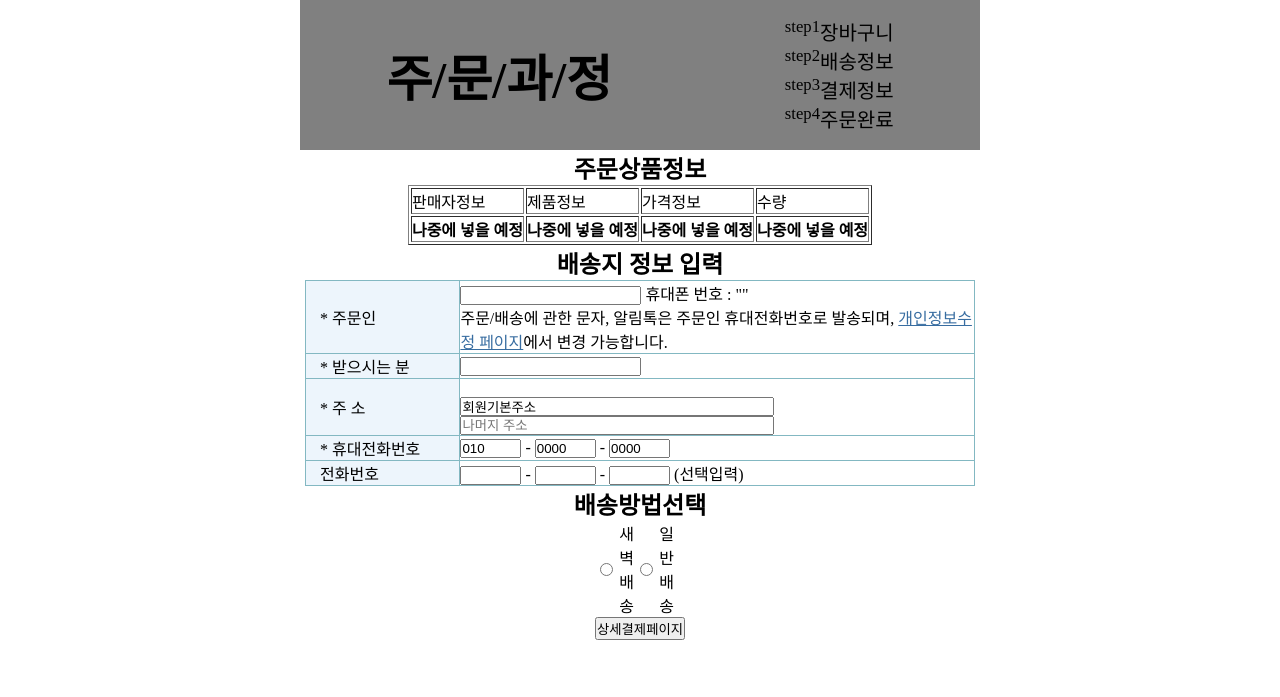
Repository: kym-1000/book
Page: http://localhost/book/WEB-INF/views/cart/ShippingInformation.jsp
These files come from the project's save history. The page is drawn as it stood at one moment and after the next save; the edit follows.
The browser window is 1280 px wide. The pictures show the whole page.
The page is served by Tomcat 9. Nobody is signed in. Other server files are loaded and not shown. The template is opened directly, without the code that normally fills it, so the values that code supplies are empty.

Above is the page before, as saved 2023-01-03 07:20:28.

### book/book/src/main/webapp/WEB-INF/views/cart/ShippingInformation.jsp
<%@ page language="java" contentType="text/html; charset=UTF-8"
    pageEncoding="UTF-8"%>
<%@ taglib uri="http://java.sun.com/jsp/jstl/core" prefix="c" %>

<!DOCTYPE html>
<html>
<head>
<meta charset="UTF-8">
<title>Insert title here</title>
<style type="text/css">


	*{
		margin: auto;
		padding: 0;
		}

	#productinfo{
		margin-left: 150px;
		margin-right: 150px;
		display : flex;
		align-items : center;
		}

	#DefaultAddr{
		margin-left: 150px;
		margin-right: 150px;
		display : flex;
		align-items : center;
		}

	#productprice{
		margin-left: 600px;
		margin-right: 600px;
		display : flex;
		align-items : center;
		border: 1 solid;
		text-align: center;
	}

	#btn{
		text-align: center;
		align-items : center;
		display : flex;
	}



</style>
</head>
<body>


<jsp:include page="../cart/cartheader.jsp"></jsp:include>

		<h2 style="text-align: center;">
			주문상품정보
		</h2>

	<div id="productinfo">
		<table border="1">
			<tr>
				<td>판매자정보</td>
				<td>제품정보</td>
				<td>가격정보</td>
				<td>수량</td>
			</tr>
			<tr>
				<th>나중에 넣을 예정</td>
				<th>나중에 넣을 예정</td>
				<th>나중에 넣을 예정</td>
				<th>나중에 넣을 예정</td>
			</tr>
		</table>
	</div>

	<h2 style="text-align: center;">배송지 정보 입력</h2>

	<form action="/cart/pay?mn=1" method="post">

		<div id="DefaultAddr">
			<table id="Table1" cellspacing="1" cellpadding="3" width="670" bgcolor="#83b8c2" border="0" align="center">
				<tbody>
				<tr>
					<td  bgcolor="#edf5fc" style="padding-left:14px; text-align: left; width: 23%"><span class="warning">* </span>주문인</td>
					<td bgcolor="#ffffff">
						<input type="text" name="OrdererName" class="form" value="${mvo.mem_id}" maxlength="20">

						 휴대폰 번호 : "${mvo.mem_cell_num}" <br>주문/배송에 관한 문자, 알림톡은 주문인 휴대전화번호로 발송되며,  <a style="color:#386da1" href="#" target="_blank">개인정보수정 페이지</a>에서 변경 가능합니다.

					</td>
				</tr>
				<tr>
					<td bgcolor="#edf5fc" style="padding-left:14px; text-align: left; width: 23%"><span class="warning">* </span>받으시는 분</td>
					<td bgcolor="#ffffff"><input class="form" type="text" maxlength="20" value="${mvo.mem_id}" name="ReceiverName">

					</td>
				</tr>

				<tr>
					<td bgcolor="#edf5fc" style="padding-left:14px; text-align: left; width: 23%"><span class="warning">*</span>
						주 소</td>
					<td bgcolor="#ffffff">

							<br>
							<input type="text" id="Address1" name="Address1" class="form" style="width:310px" maxlength="50" readonly="readonly" value="회원기본주소">
							<br>
							<input type="text" id="Address2" name="Address2" class="form" style="width:310px" maxlength="100" value="" placeholder="나머지 주소">

					</td>
				</tr>
				<tr>
					<td bgcolor="#edf5fc" style="padding-left:14px; text-align: left; width: 23%"><span class="warning">* </span>휴대전화번호</td>
					<td bgcolor="#ffffff">
					<input class="form" type="text" maxlength="4" size="5" name="Hp1" value="010"> -
					 <input class="form" type="text" maxlength="4" size="5" name="Hp2" value="0000"> -
					  <input class="form" type="text" maxlength="4" size="5" name="Hp3" value="0000">


					</td>
				</tr>
				<tr>
					<td bgcolor="#edf5fc" style="padding-left:14px; text-align: left; width: 23%">
						전화번호</td>
					<td bgcolor="#ffffff">
					<input class="form" type="text" maxlength="4" size="5" name="Tel1" value=""> -
					 <input class="form" type="text" maxlength="4" size="5" name="Tel2" value=""> -
					  <input class="form" type="text" maxlength="4" size="5" name="Tel3" value=""> (선택입력)</td>
				</tr>
				</tbody></table>
		</div>

		<h2 style="text-align: center;">배송방법선택</h2>

		<div id="productprice" style="text-align: center;">
				<input type='radio'
				       name='delivery'
				       value='2000'
				       onclick='getdeliveryPrice(event)'/>새벽배송
				<input type='radio'
				       name='delivery'
				       value='0'
				       onclick='getdeliveryPrice(event)'/>일반배송

				<div id='result'></div>

		</div>

		<button type="submit" id="btn" >상세결제페이지</button>

		</form>

		<script type="text/javascript">
			function getdeliveryPrice(event) {
			  document.getElementById('result').innerText =
			    event.target.value;
			}
		</script>


</body>
</html>

### book/book/src/main/webapp/WEB-INF/views/cart/cartheader.jsp
<%@ page language="java" contentType="text/html; charset=UTF-8"
    pageEncoding="UTF-8"%>
<%@ taglib uri="http://java.sun.com/jsp/jstl/core" prefix="c" %>
<!DOCTYPE html>
<html>
<head>
<meta charset="UTF-8">
<title>Insert title here</title>
<style type="text/css">

	#pagetop{
		margin-left: 300px;
		margin-right: 300px;
	    background-color: grey;
	    font-size: 20px;
		height: 150px;
		display : flex;
	  	/* justify-content : center; */
	  	align-items : center;
	}

</style>
</head>
<body>

	<div id="pagetop">
		<h2 style="text-align: left; font-size: 50px">
			주/문/과/정
		</h2>
		<div style="text-align: right;">

		<c:choose >
		<c:when test="${msg eq 1}">
		<div style="color: red">
		<sup>step1</sup>장바구니
		</div>
		</c:when>
		<c:otherwise>
		<div>
		<sup>step1</sup>장바구니
		</div>
		</c:otherwise>
		</c:choose>

		<c:choose>
		<c:when test="${msg eq 2}">
		<div style="color: red">
		<sup>step2</sup>배송정보
		</div>
		</c:when>
		<c:otherwise>
		<div>
		<sup>step2</sup>배송정보
		</div>
		</c:otherwise>
		</c:choose>

		<c:choose>
		<c:when test="${msg eq 3}">
		<div style="color: red">
		<sup>step3</sup>결제정보
		</div>
		</c:when>
		<c:otherwise>
		<div>
		<sup>step3</sup>결제정보
		</div>
		</c:otherwise>
		</c:choose>

		<c:choose>
		<c:when test="${msg eq 4}">
		<div style="color: red">
		<sup>step4</sup>주문완료
		</div>
		</c:when>
		<c:otherwise>
		<div>
		<sup>step4</sup>주문완료
		</div>
		</c:otherwise>
		</c:choose>

		</div>
	</div>

</body>
</html>

After the next save:
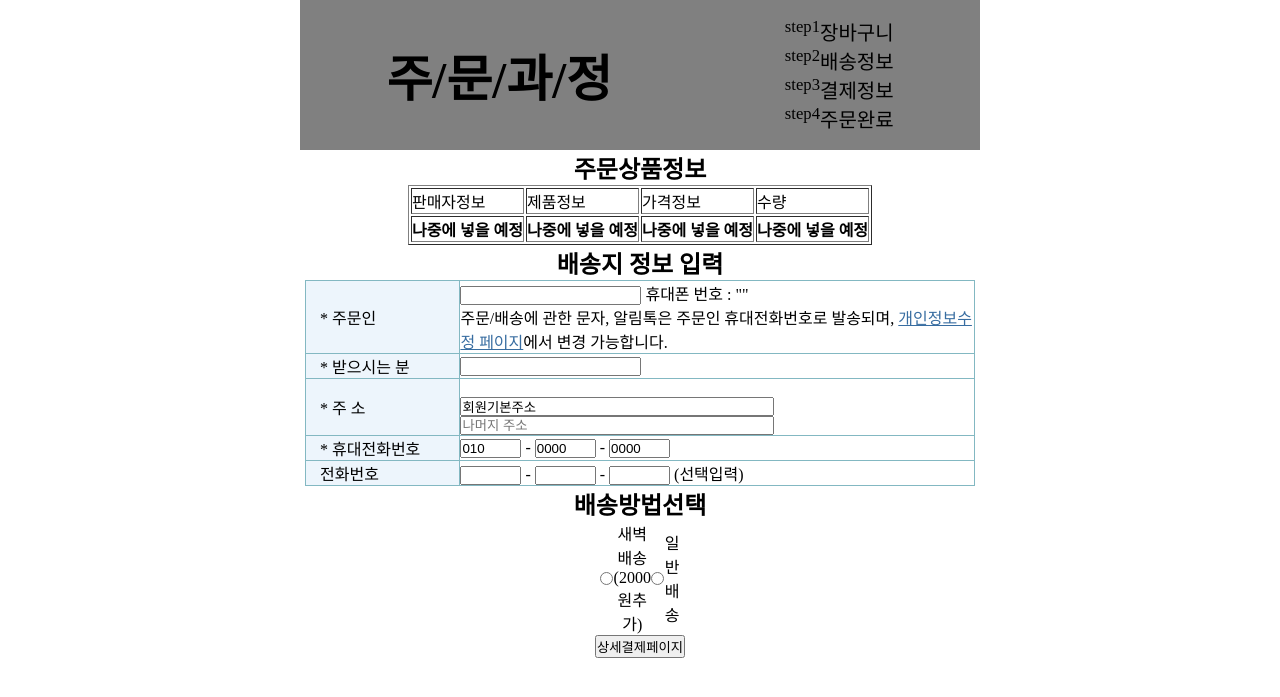
Saved 11 s later.
--- a/book/book/src/main/webapp/WEB-INF/views/cart/ShippingInformation.jsp
+++ b/book/book/src/main/webapp/WEB-INF/views/cart/ShippingInformation.jsp
@@ -136,7 +136,7 @@
 				<input type='radio'
 				       name='delivery'
 				       value='2000'
-				       onclick='getdeliveryPrice(event)'/>새벽배송
+				       onclick='getdeliveryPrice(event)'/>새벽배송(2000원추가)
 				<input type='radio'
 				       name='delivery'
 				       value='0'
